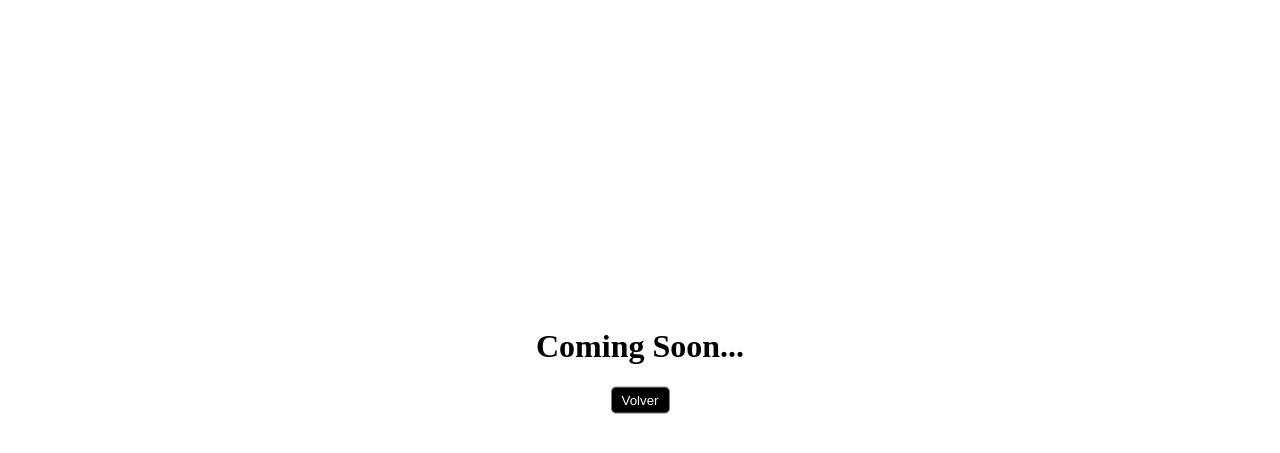
Repository: cpadridev/dotfiles
Page: projects/fime/pages/service.html
These files come from the project's save history. The page is drawn as it stood at one moment and after the next save; the edit follows.
The browser window is 1280 px wide. The pictures show the whole page.

Above is the page before, as saved 2022-06-09 15:49:27.

After the next save:
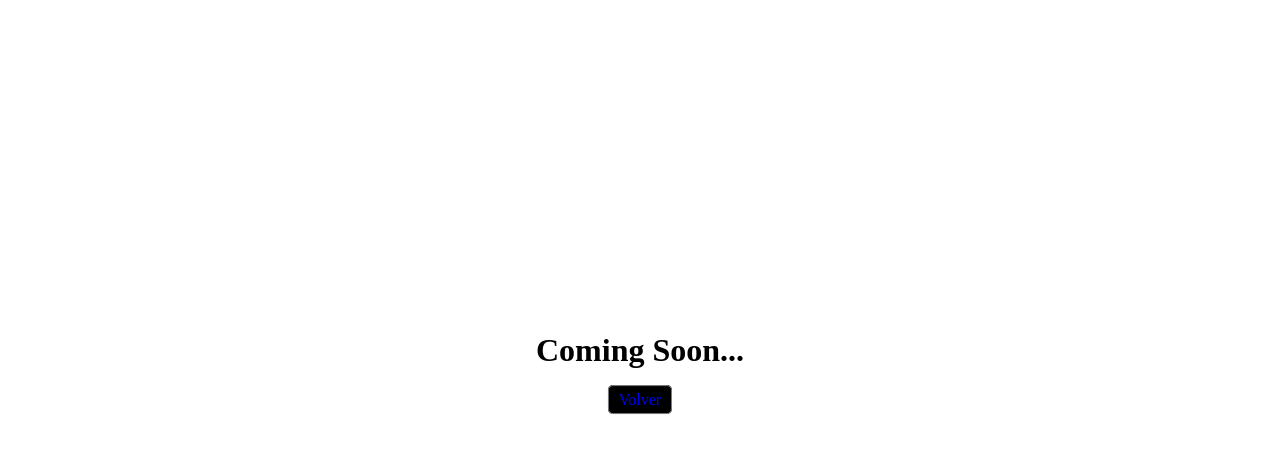
Saved 29 s later.
--- a/projects/fime/pages/service.html
+++ b/projects/fime/pages/service.html
@@ -13,9 +13,7 @@
     </header>
     <main>
         <h1 class="coming-soon">Coming Soon...</h1>
-        <button class="prototype">
-            <a href="../index.html">Volver</a>
-        </button>
+        <a class="prototype" href="../index.html">Volver</a>
     </main>
     <footer>
 
